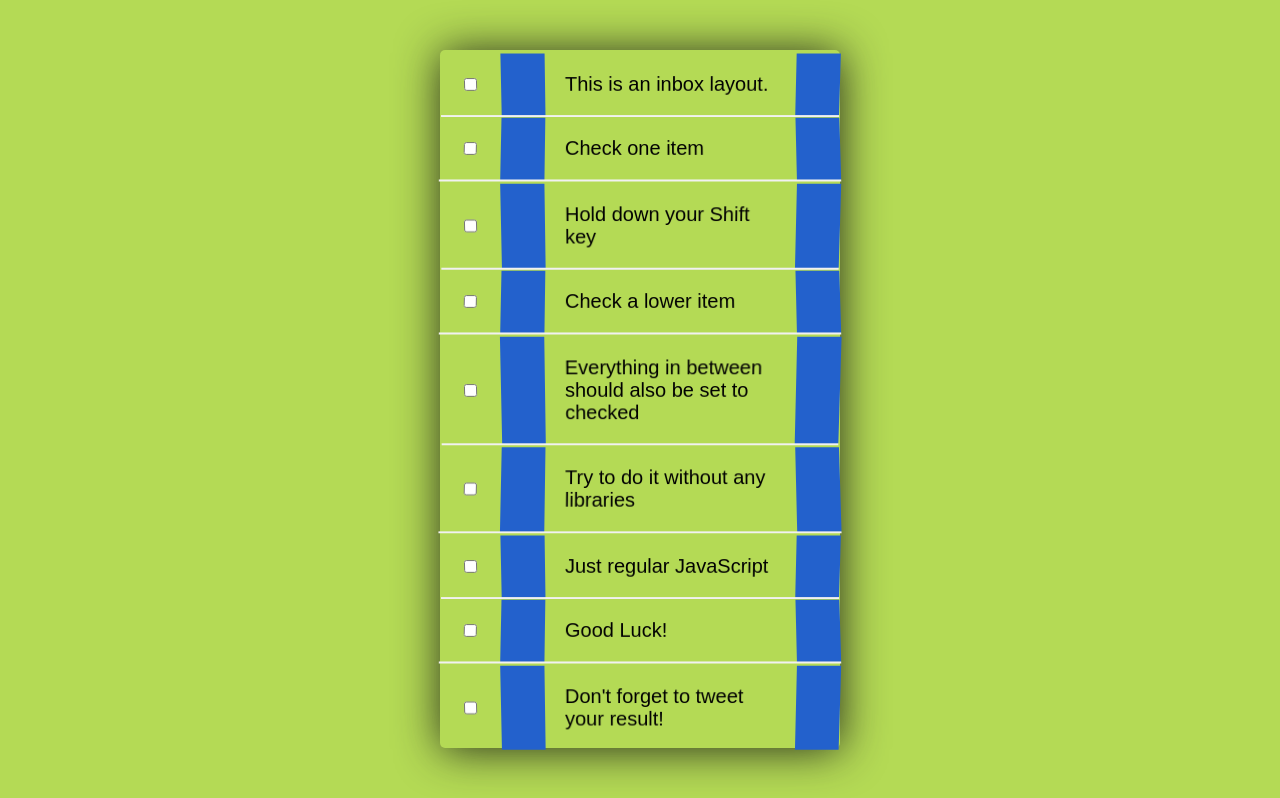
Repository: Freezler/Shift-Select-Checkboxes
Page: index.html
An editor plug-in stored every save of this project. The page is shown before and after the next save, followed by the edit.
The browser window is 1280 px wide. The pictures show the whole page.

Above is the page before, as saved 2024-09-07 22:02:11.

After the next save:
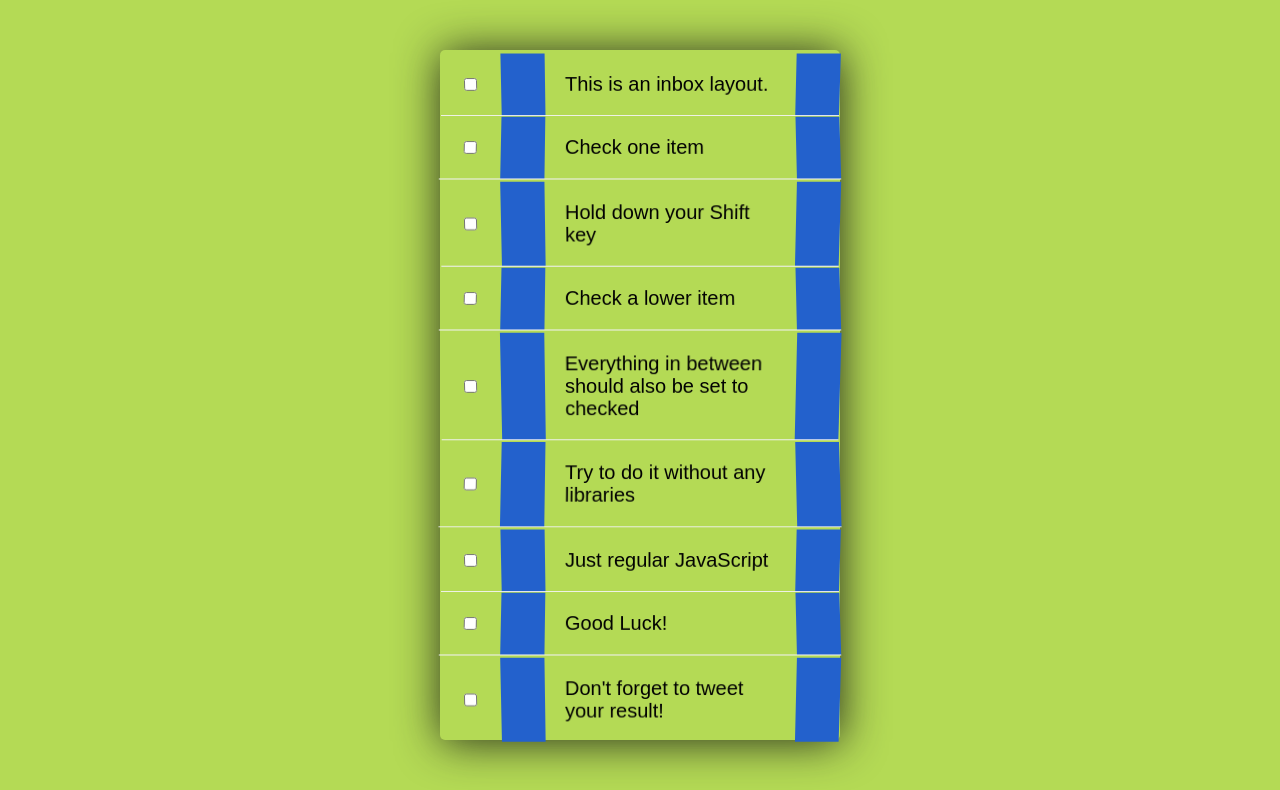
Saved 23 s later.
--- a/index.html
+++ b/index.html
@@ -27,7 +27,7 @@
       display: flex;
       transition: all 0.2s linear;
 
-      border-bottom: 2px solid #F1F1F1;
+      border-bottom: 1px solid #F1F1F1;
     }
 
     .item:last-child {
